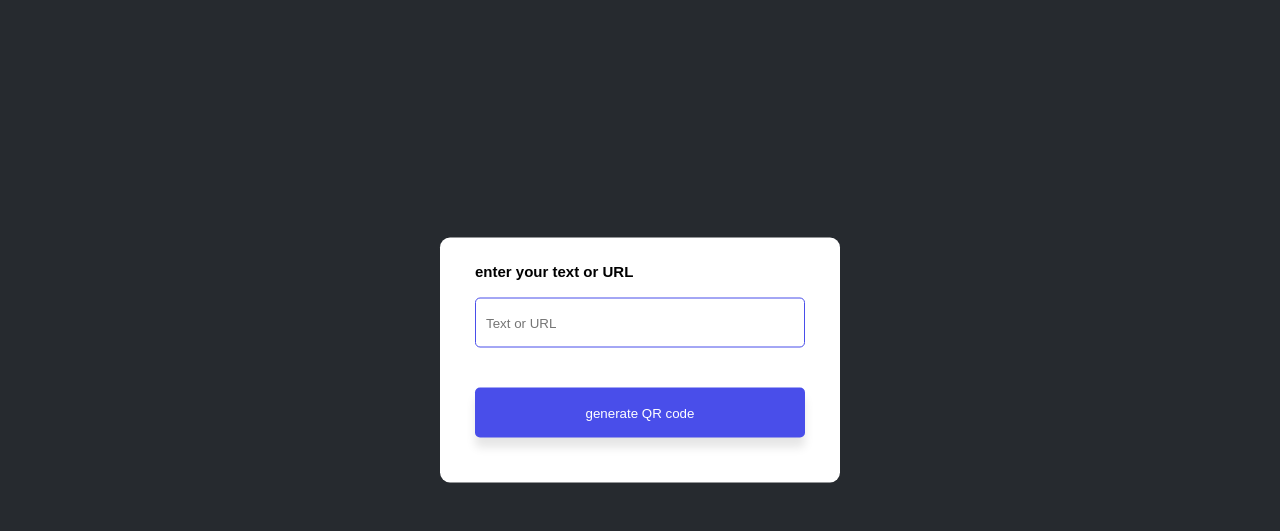
Repository: joeltorcato/QR.CODE
Page: index.html
The author's editor kept a copy of each file at every save. The page is drawn from the files as they stood at one save, then again after the next save.
The browser window is 1280 px wide. The pictures show the whole page.

Above is the page before, as saved 2024-01-01 09:35:29.

After the next save:
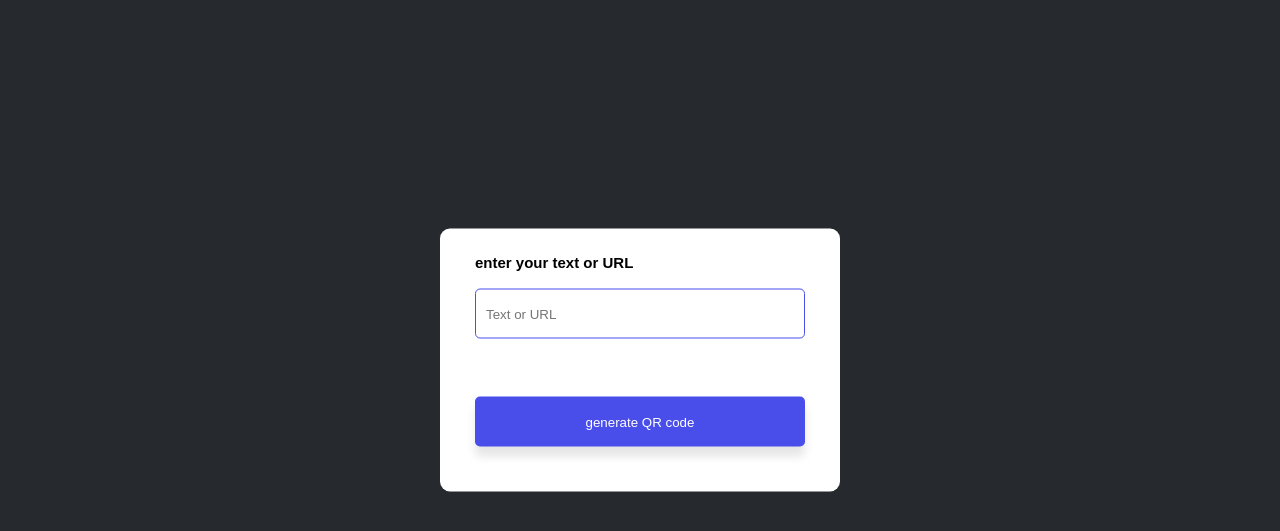
Saved 4 min 58 s later.
--- a/index.html
+++ b/index.html
@@ -9,8 +9,19 @@
 <body>
     <div class="container">
         <p>enter your text or URL</p>
-        <input type="text" placeholder="Text or URL">
+        <input type="text" placeholder="Text or URL" id="qrText">
+        <div id="imgBox">
+            <img src="" id="qrImage">
+        </div>
         <button>generate QR code</button>
     </div>
+
+    <script>
+        let imgBox = document.getElementById("imgBox");
+        let qrImage = document.getElementById("imgBox");
+        function generateQR(){
+
+        }
+    </script>
 </body>
 </html>
